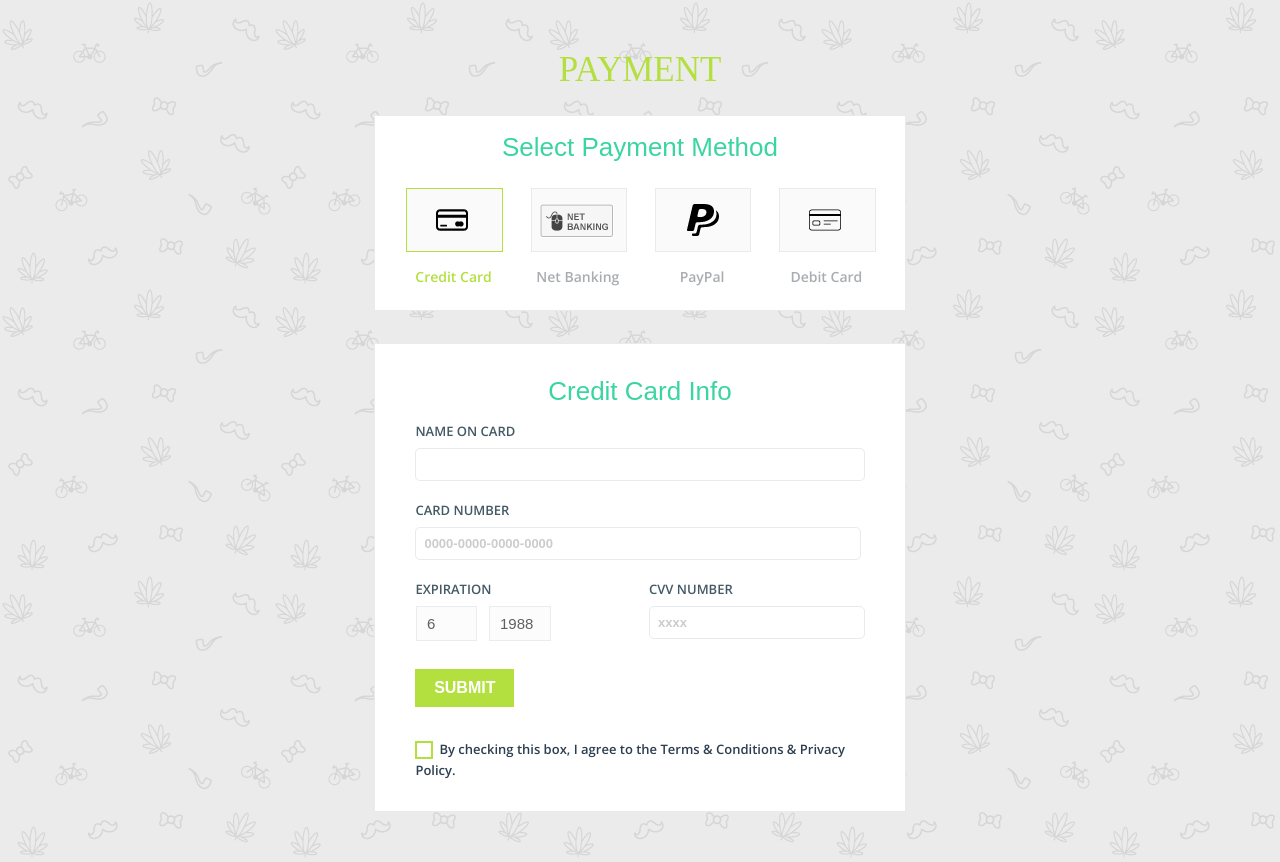
Repository: abinbabu/project-1-final
Page: http://localhost/shoppingcartfront/WEB-INF/views/lastpage.jsp
The author's editor kept a copy of each file at every save. The page is drawn from the files as they stood at one save, then again after the next save.
The browser window is 1280 px wide. The pictures show the whole page.
Some web fonts or font styles are not loaded; a fallback is used. The page is served by Tomcat 9. Nobody is signed in. Other server files are loaded and not shown. The template is opened directly, without the code that normally fills it, so the values that code supplies are empty.

Above is the page before, as saved 2016-08-21 09:19:16.

### final complete/shoppingcartfront/src/main/webapp/WEB-INF/views/lastpage.jsp
<%@ page language="java" contentType="text/html; charset=ISO-8859-1"
    pageEncoding="ISO-8859-1"%>
    <%@ taglib prefix="spring" uri="http://www.springframework.org/tags"%>
<%@ taglib uri="http://java.sun.com/jsp/jstl/core" prefix="c"%>
<!DOCTYPE html PUBLIC "-//W3C//DTD HTML 4.01 Transitional//EN" "http://www.w3.org/TR/html4/loose.dtd">
<html>
<head>
<meta http-equiv="Content-Type" content="text/html; charset=ISO-8859-1">
<link href="<c:url value="/resources/css/style.css" />"
	rel="stylesheet">
	<link href='//fonts.googleapis.com/css?family=Fugaz+One' rel='stylesheet' type='text/css'>
<link href='//fonts.googleapis.com/css?family=Alegreya+Sans:400,100,100italic,300,300italic,400italic,500,500italic,700,700italic,800,800italic,900,900italic' rel='stylesheet' type='text/css'>
<link href='//fonts.googleapis.com/css?family=Open+Sans:400,300,300italic,400italic,600,600italic,700,700italic,800,800italic' rel='stylesheet' type='text/css'>
<script src="<c:url value="/resources/js/jquery.min.js" />"></script>
<title>Insert title here</title>
</head>
<body>
<div class="main">
		<h1>Payment</h1>
		<div class="content">

			<script src="<c:url value="/resources/js/easyResponsiveTabs.js" />" type="text/javascript"></script>
					<script type="text/javascript">
						$(document).ready(function () {
							$('#horizontalTab').easyResponsiveTabs({
								type: 'default', //Types: default, vertical, accordion
								width: 'auto', //auto or any width like 600px
								fit: true   // 100% fit in a container
							});
						});

					</script>
						<div class="sap_tabs">
							<div id="horizontalTab" style="display: block; width: 100%; margin: 0px;">
								<div class="pay-tabs">
									<h2>Select Payment Method</h2>
									  <ul class="resp-tabs-list">
										  <li class="resp-tab-item" aria-controls="tab_item-0" role="tab"><span><label class="pic1"></label>Credit Card</span></li>
										  <li class="resp-tab-item" aria-controls="tab_item-1" role="tab"><span><label class="pic3"></label>Net Banking</span></li>
										  <li class="resp-tab-item" aria-controls="tab_item-2" role="tab"><span><label class="pic4"></label>PayPal</span></li>
										  <li class="resp-tab-item" aria-controls="tab_item-3" role="tab"><span><label class="pic2"></label>Debit Card</span></li>
										  <div class="clear"></div>
									  </ul>
								</div>
								<div class="resp-tabs-container">
									<div class="tab-1 resp-tab-content" aria-labelledby="tab_item-0">
										<div class="payment-info">

											<h3 class="pay-title">Credit Card Info</h3>
											<form>
												<div class="tab-for">
													<h5>NAME ON CARD</h5>
														<input type="text" value="">
													<h5>CARD NUMBER</h5>
														<input class="pay-logo" type="text" value="0000-0000-0000-0000" onfocus="this.value = '';" onblur="if (this.value == '') {this.value = '0000-0000-0000-0000';}" required="">
												</div>
												<div class="transaction">
													<div class="tab-form-left user-form">
														<h5>EXPIRATION</h5>
															<ul>
																<li>
																	<input type="number" class="text_box" type="text" value="6" min="1" />
																</li>
																<li>
																	<input type="number" class="text_box" type="text" value="1988" min="1" />
																</li>

															</ul>
													</div>
													<div class="tab-form-right user-form-rt">
														<h5>CVV NUMBER</h5>
														<input type="text" value="xxxx" onfocus="this.value = '';" onblur="if (this.value == '') {this.value = 'xxxx';}" required="">
													</div>
													<div class="clear"></div>
												</div>
												<input type="submit" value="SUBMIT">
											</form>
											<div class="single-bottom">
													<ul>
														<li>
															<input type="checkbox"  id="brand" value="">
															<label for="brand"><span></span>By checking this box, I agree to the Terms & Conditions & Privacy Policy.</label>
														</li>
													</ul>
											</div>
										</div>
									</div>
									<div class="tab-1 resp-tab-content" aria-labelledby="tab_item-1">
										<div class="payment-info">
											<h3>Net Banking</h3>
											<div class="radio-btns">
												<div class="swit">
													<div class="check_box"> <div class="radio"> <label><input type="radio" name="radio" checked=""><i></i>Andhra Bank</label> </div></div>
													<div class="check_box"> <div class="radio"> <label><input type="radio" name="radio"><i></i>Allahabad Bank</label> </div></div>
													<div class="check_box"> <div class="radio"> <label><input type="radio" name="radio"><i></i>Bank of Baroda</label> </div></div>
													<div class="check_box"> <div class="radio"> <label><input type="radio" name="radio"><i></i>Canara Bank</label> </div></div>
													<div class="check_box"> <div class="radio"> <label><input type="radio" name="radio"><i></i>IDBI Bank</label> </div></div>
													<div class="check_box"> <div class="radio"> <label><input type="radio" name="radio"><i></i>Icici Bank</label> </div></div>
													<div class="check_box"> <div class="radio"> <label><input type="radio" name="radio"><i></i>Indian Overseas Bank</label> </div></div>
													<div class="check_box"> <div class="radio"> <label><input type="radio" name="radio"><i></i>Punjab National Bank</label> </div></div>
													<div class="check_box"> <div class="radio"> <label><input type="radio" name="radio"><i></i>South Indian Bank</label> </div></div>
													<div class="check_box"> <div class="radio"> <label><input type="radio" name="radio"><i></i>State Bank Of India</label> </div></div>
												</div>
												<div class="swit">
													<div class="check_box"> <div class="radio"> <label><input type="radio" name="radio" checked=""><i></i>City Union Bank</label> </div></div>
													<div class="check_box"> <div class="radio"> <label><input type="radio" name="radio"><i></i>HDFC Bank</label> </div></div>
													<div class="check_box"> <div class="radio"> <label><input type="radio" name="radio"><i></i>IndusInd Bank</label> </div></div>
													<div class="check_box"> <div class="radio"> <label><input type="radio" name="radio"><i></i>Syndicate Bank</label> </div></div>
													<div class="check_box"> <div class="radio"> <label><input type="radio" name="radio"><i></i>Deutsche Bank</label> </div></div>
													<div class="check_box"> <div class="radio"> <label><input type="radio" name="radio"><i></i>Corporation Bank</label> </div></div>
													<div class="check_box"> <div class="radio"> <label><input type="radio" name="radio"><i></i>UCO Bank</label> </div></div>
													<div class="check_box"> <div class="radio"> <label><input type="radio" name="radio"><i></i>Indian Bank</label> </div></div>
													<div class="check_box"> <div class="radio"> <label><input type="radio" name="radio"><i></i>Federal Bank</label> </div></div>
													<div class="check_box"> <div class="radio"> <label><input type="radio" name="radio"><i></i>ING Vysya Bank</label> </div></div>
												</div>
												<div class="clear"></div>
											</div>
											<a href="#">Continue</a>
										</div>
									</div>
									<div class="tab-1 resp-tab-content" aria-labelledby="tab_item-2">
										<div class="payment-info">
											<h3>PayPal</h3>
											<h4>Already Have A PayPal Account?</h4>
											<div class="login-tab">
												<div class="user-login">
													<h2>Login</h2>

													<form>
														<input type="text" value="name@email.com" onfocus="this.value = '';" onblur="if (this.value == '') {this.value = 'name@email.com';}" required="">
														<input type="password" value="PASSWORD" onfocus="this.value = '';" onblur="if (this.value == '') {this.value = 'PASSWORD';}" required="">
															<div class="user-grids">
																<div class="user-left">
																	<div class="single-bottom">
																			<ul>
																				<li>
																					<input type="checkbox"  id="brand1" value="">
																					<label for="brand1"><span></span>Remember me?</label>
																				</li>
																			</ul>
																	</div>
																</div>
																<div class="user-right">
																	<input type="submit" value="LOGIN">
																</div>
																<div class="clear"></div>
															</div>
													</form>
												</div>
											</div>
										</div>
									</div>
									<div class="tab-1 resp-tab-content" aria-labelledby="tab_item-3">
										<div class="payment-info">

											<h3 class="pay-title">Dedit Card Info</h3>
											<form>
												<div class="tab-for">
													<h5>NAME ON CARD</h5>
														<input type="text" value="">
													<h5>CARD NUMBER</h5>
														<input class="pay-logo" type="text" value="0000-0000-0000-0000" onfocus="this.value = '';" onblur="if (this.value == '') {this.value = '0000-0000-0000-0000';}" required="">
												</div>
												<div class="transaction">
													<div class="tab-form-left user-form">
														<h5>EXPIRATION</h5>
															<ul>
																<li>
																	<input type="number" class="text_box" type="text" value="6" min="1" />
																</li>
																<li>
																	<input type="number" class="text_box" type="text" value="1988" min="1" />
																</li>

															</ul>
													</div>
													<div class="tab-form-right user-form-rt">
														<h5>CVV NUMBER</h5>
														<input type="text" value="xxxx" onfocus="this.value = '';" onblur="if (this.value == '') {this.value = 'xxxx';}" required="">
													</div>
													<div class="clear"></div>
												</div>
												<input type="submit" value="SUBMIT">
											</form>
											<div class="single-bottom">
													<ul>
														<li>
															<input type="checkbox"  id="brand" value="">
															<label for="brand"><span></span>By checking this box, I agree to the Terms & Conditions & Privacy Policy.</label>
														</li>
													</ul>
											</div>
										</div>
									</div>
								</div>
							</div>
						</div>

		</div>
		</div>
</body>
</html>

Loaded but not shown: final complete/shoppingcartfront/src/main/webapp/resources/css/style.css (common file); final complete/shoppingcartfront/src/main/webapp/resources/js/jquery.min.js (library); final complete/shoppingcartfront/src/main/webapp/resources/js/easyResponsiveTabs.js (common file)

After the next save:
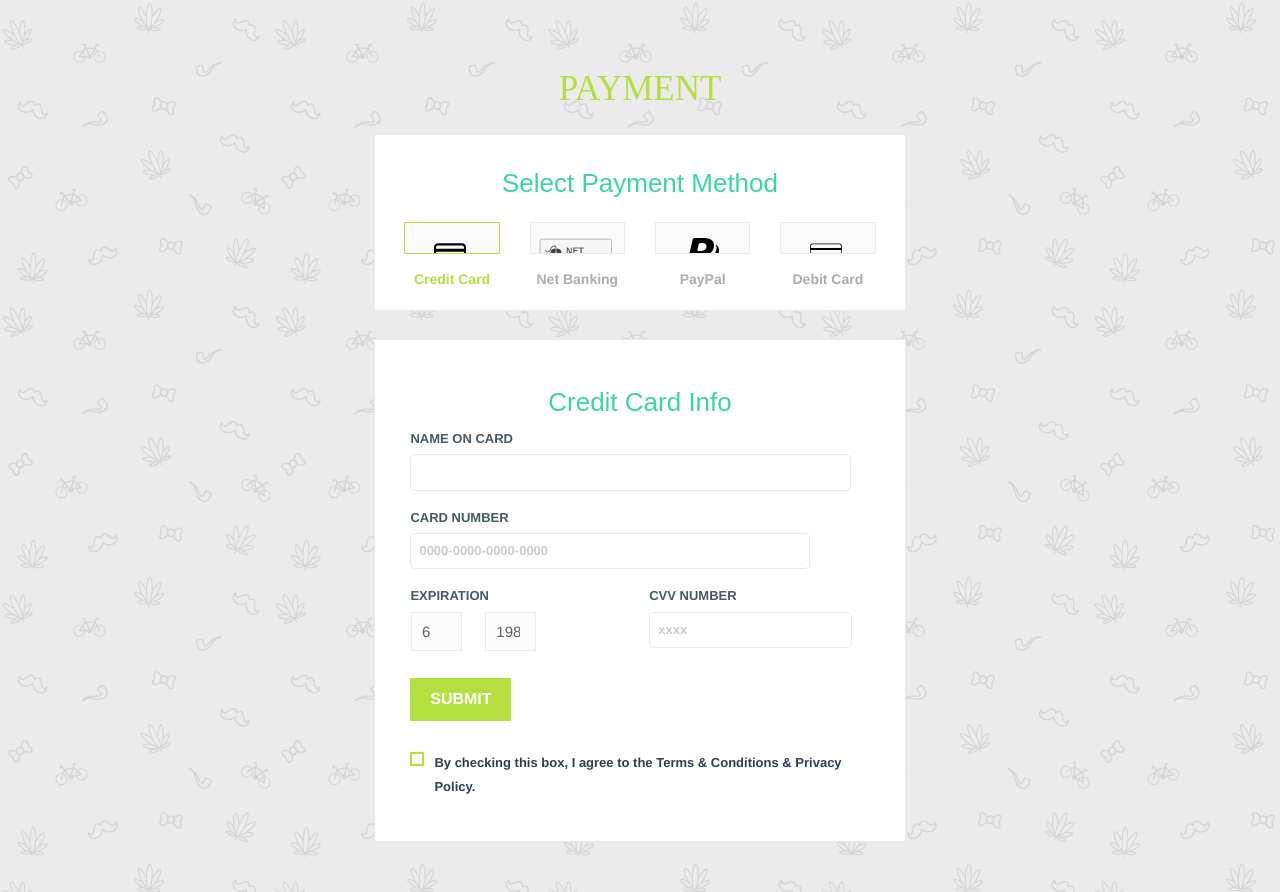
Saved 9 min 17 s later.
--- a/final complete/shoppingcartfront/src/main/webapp/WEB-INF/views/lastpage.jsp
+++ b/final complete/shoppingcartfront/src/main/webapp/WEB-INF/views/lastpage.jsp
@@ -12,6 +12,11 @@
 <link href='//fonts.googleapis.com/css?family=Alegreya+Sans:400,100,100italic,300,300italic,400italic,500,500italic,700,700italic,800,800italic,900,900italic' rel='stylesheet' type='text/css'>
 <link href='//fonts.googleapis.com/css?family=Open+Sans:400,300,300italic,400italic,600,600italic,700,700italic,800,800italic' rel='stylesheet' type='text/css'>
 <script src="<c:url value="/resources/js/jquery.min.js" />"></script>
+
+  <meta name="viewport" content="width=device-width, initial-scale=1">
+  <link rel="stylesheet" href="http://maxcdn.bootstrapcdn.com/bootstrap/3.3.7/css/bootstrap.min.css">
+  <script src="https://ajax.googleapis.com/ajax/libs/jquery/1.12.4/jquery.min.js"></script>
+  <script src="http://maxcdn.bootstrapcdn.com/bootstrap/3.3.7/js/bootstrap.min.js"></script>
 <title>Insert title here</title>
 </head>
 <body>
